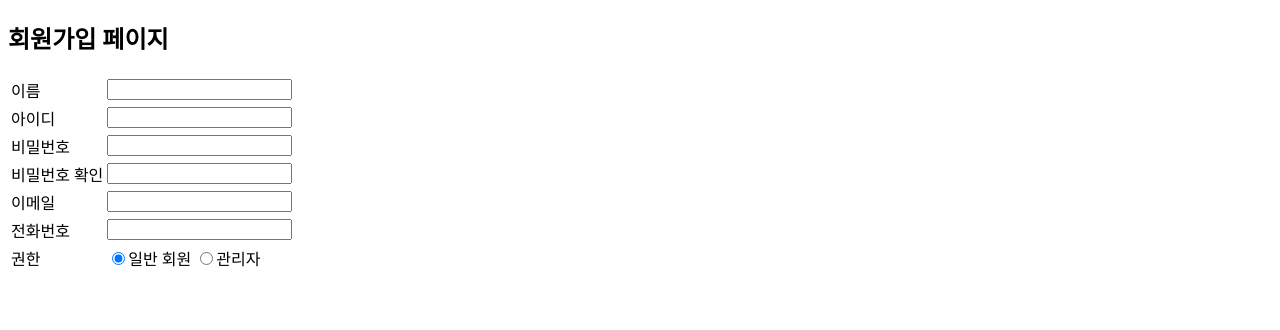
Repository: shinymusket/ideal-memory2
Page: http://localhost/web09/JS
An editor plug-in stored every save of this project. The page is shown before and after the next save, followed by the edit.
The browser window is 1280 px wide. The pictures show the whole page.
The page is served by Tomcat 9.

Above is the page before, as saved 2022-06-14 07:32:21.

After the next save:
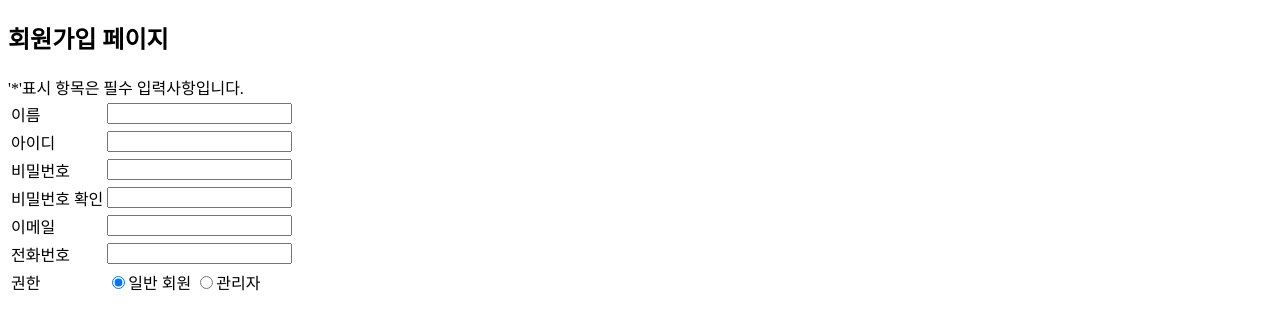
Saved 10 s later.
--- a/jspWorkSpace/web09/WebContent/member/join.jsp
+++ b/jspWorkSpace/web09/WebContent/member/join.jsp
@@ -9,7 +9,7 @@
 </head>
 <body>
 	<h2>회원가입 페이지</h2>
-	<span></span>
+	<span>'*'표시 항목은 필수 입력사항입니다.</span>
 	<form action="JS" method="POST" name="frm">
 		<table>
 			<tr>
